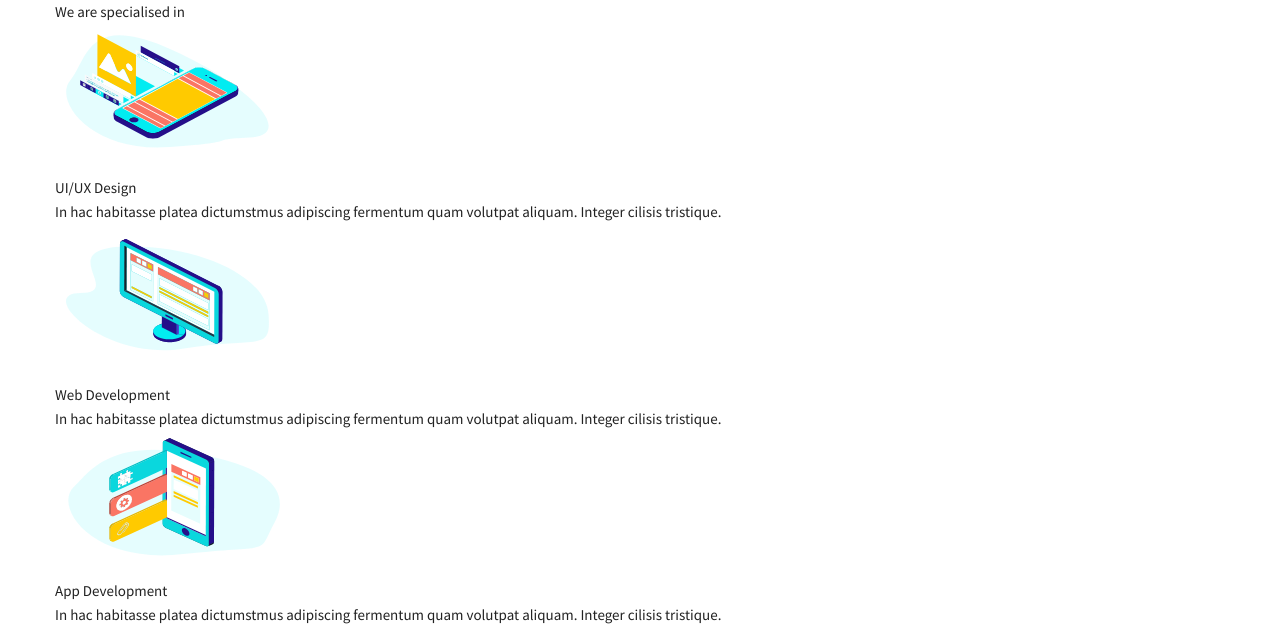
Repository: advert31337/marafon_from0to1_MartaUP
Page: index.html
The author's editor kept a copy of each file at every save. The page is drawn from the files as they stood at one save, then again after the next save.
The browser window is 1280 px wide. The pictures show the part of the page from y = 793 to 1568 px (the page is 1420 px tall before and 1568 px after).

Above is the page before, as saved 2020-03-07 20:07:52.

### index.html
<!DOCTYPE html>
<html lang="en">

<head>
    <meta charset="UTF-8">
    <meta name="viewport" content="width=device-width, initial-scale=1.0">
    <title>Marafon MartaUP</title>
    <link href="https://fonts.googleapis.com/css?family=Source+Sans+Pro:400,600,700&display=swap" rel="stylesheet">
    <link rel="stylesheet" href="css/reset.css">
    <link rel="stylesheet" href="css/slick.css">
    <link rel="stylesheet" href="css/style.css">
</head>

<body>
    <header class="header">

        <div class="container">
            <div class="header__top">

                <div class="logo">
                    <a href="#!">+
                        <img src="images/logo.svg" alt="">
                    </a>
                </div>

                <nav class="menu">
                    <ul class="menu__list">
                        <li><a class="menu__list-item" href="#">home</a></li>
                        <li><a class="menu__list-item" href="#">work</a></li>
                        <li><a class="menu__list-item" href="#">about</a></li>
                        <li><a class="menu__list-item" href="#">contact</a></li>
                    </ul>
                </nav>

                <div class="header-btn">
                    <a class="login" href="#">login</a>
                    <a class="sign-up" href="#">sign up</a>
                </div>

            </div>

            <div class="header-slider">
                <div class="header-slider__item">
                    <div class="header-slider__item-content">

                        <div class="header-slider__item-info">
                            <h3 class="header-slider__title">
                                We Build Apps & Websites
                                for Your Business
                            </h3>
                            <div class="header-slider__description">
                                For startups, For businesses & For you
                            </div>
                            <a href="" class="header-slider__btn">Request a quote</a>
                        </div>

                        <div class="header-slider__item-images">
                            <img src="images/slider-img.png" alt="">
                        </div>
                    </div>
                </div>


                <div class="header-slider__item">
                    <div class="header-slider__item-content">

                        <div class="header-slider__item-info">
                            <h3 class="header-slider__title">
                                We Build Apps & Websites
                                for Your Business
                            </h3>
                            <div class="header-slider__description">
                                For startups, For businesses & For you
                            </div>
                            <a href="" class="header-slider__btn">Request a quote</a>
                        </div>

                        <div class="header-slider__item-images">
                            <img src="images/slider-img.png" alt="">
                        </div>
                    </div>
                </div>


                <div class="header-slider__item">
                    <div class="header-slider__item-content">

                        <div class="header-slider__item-info">
                            <h3 class="header-slider__title">
                                We Build Apps & Websites
                                for Your Business
                            </h3>
                            <div class="header-slider__description">
                                For startups, For businesses & For you
                            </div>
                            <a href="" class="header-slider__btn">Request a quote</a>
                        </div>

                        <div class="header-slider__item-images">
                            <img src="images/slider-img.png" alt="">
                        </div>
                    </div>
                </div>


                <div class="header-slider__item">
                    <div class="header-slider__item-content">

                        <div class="header-slider__item-info">
                            <h3 class="header-slider__title">
                                We Build Apps & Websites
                                for Your Business
                            </h3>
                            <div class="header-slider__description">
                                For startups, For businesses & For you
                            </div>
                            <a href="" class="header-slider__btn">Request a quote</a>
                        </div>

                        <div class="header-slider__item-images">
                            <img src="images/slider-img.png" alt="">
                        </div>
                    </div>
                </div>


                <div class="header-slider__item">
                    <div class="header-slider__item-content">

                        <div class="header-slider__item-info">
                            <h3 class="header-slider__title">
                                We Build Apps & Websites
                                for Your Business
                            </h3>
                            <div class="header-slider__description">
                                For startups, For businesses & For you
                            </div>
                            <a href="" class="header-slider__btn">Request a quote</a>
                        </div>

                        <div class="header-slider__item-images">
                            <img src="images/slider-img.png" alt="">
                        </div>
                    </div>
                </div>
            </div>

        </div>

    </header>

    <section class="specialised">
        <div class="container">
            <div class="specialised__title title">
                We are specialised in
            </div>
            <div class="specialised__items">
                <div class="specialised__item">
                    <img class="specialised__item-img" src="images/specialise-1.svg" alt="">
                    <div class="specialise__item-title">
                        UI/UX Design
                    </div>
                    <div class="specialise__item-text">
                        In hac habitasse platea dictumstmus adipiscing fermentum quam volutpat aliquam. Integer cilisis tristique.
                    </div>
                </div>
                <div class="specialised__item">
                    <img class="specialised__item-img" src="images/specialise-2.svg" alt="">
                    <div class="specialise__item-title">
                        Web Development
                    </div>
                    <div class="specialise__item-text">
                        In hac habitasse platea dictumstmus adipiscing fermentum quam volutpat aliquam. Integer cilisis tristique.
                    </div>
                </div>
                <div class="specialised__item">
                    <img class="specialised__item-img" src="images/specialise-3.svg" alt="">
                    <div class="specialise__item-title">
                        App Development
                    </div>
                    <div class="specialise__item-text">
                        In hac habitasse platea dictumstmus adipiscing fermentum quam volutpat aliquam. Integer cilisis tristique.
                    </div>
                </div>
            </div>
        </div>
    </section>

    <main>

    </main>

    <footer>

    </footer>


    <script src="https://ajax.googleapis.com/ajax/libs/jquery/3.4.1/jquery.min.js"></script>
    <script src="js/slick.min.js"></script>
    <script src="js/main.js"></script>
</body>

</html>

### css/style.css
*{
    box-sizing: border-box;
}

body {
    font-family: 'Source Sans Pro', sans-serif;
    font-size: 15px;
    line-height: 24px;
}

a {
    text-decoration: none;
    color: inherit;
}
.header {
    background-image: url('../images/header-bg.jpg');
    min-height: 793px;
    background-repeat: no-repeat;
    background-size: cover;
    background-position: top center;
}

.container {
    max-width: 1200px;
    margin: 0 auto;
    padding: 0 15px 0 15px;

}

.header__top {
    display: flex;
    justify-content: space-between;
    height: 100px;
    align-items: center;
}

.menu__list {
    display: flex;
}

.menu__list li + li {
    padding-left: 50px;

}

.login {
    margin-right: 44px;
    color: #fff;
    text-transform: uppercase;
    font-weight: 600;
}

.menu__list a{
    opacity: 0.5;
    color: #fff;
    font-weight: 600;
    text-transform: uppercase;
    transition: all 0.5s;
}

.menu__list a:hover {
    opacity: 1;
}

.sign-up {
    text-transform: uppercase;
    color: #250f8a;
    font-weight: 600;
    background-color: #fff;
    padding: 8px 43px;
    border-radius: 20px;

}

.header-slider {
    padding-top: 111px;
}
.header-slider__item {

}
.header-slider__item-content {
    display: flex;
    justify-content: space-between;
}
.header-slider__item-info {
    max-width: 506px;
    color:#fff;
}
.header-slider__title {
    font-weight: 700;
    font-size: 45px;
    line-height: 60px;
    margin-bottom: 10px;
}
.header-slider__description {
    line-height: 55px;
    font-size: 24px;
    margin-bottom: 60px;
}
.header-slider__btn {
    font-weight: 600;
    text-transform: uppercase;
    color: #250F8A;
    padding: 13px 39px;
    background-color: #FFCA00;
    border-radius: 25px;
}
.header-slider__item-images {
    margin: 10px 82px 0 0;
}

.header-dots{
    list-style: none;
    position: absolute;
    right: 0;
    top: 50%;
}

.header-dots button {
    border: none;
    background-color: #fff;
    opacity: 0.5;
    font-size: 0;
    padding: 0;
    width: 7px;
    height: 7px;
    border-radius: 3.5px;
    cursor: pointer;
    outline: none;
    margin: 10px auto;
    display: block;
}

.header-dots .slick-active button{
    width: 15px;
    opacity: 1;
}

### js/main.js
$(function(){
    $('.header-slider').slick({
        arrows: false,
        vertical: true,
        dots: true,
        dotsClass: 'header-dots',
        autoplay: 2000,

    })
})

Loaded but not shown: css/reset.css (common file); css/slick.css (common file); js/slick.min.js (library)

After the next save:
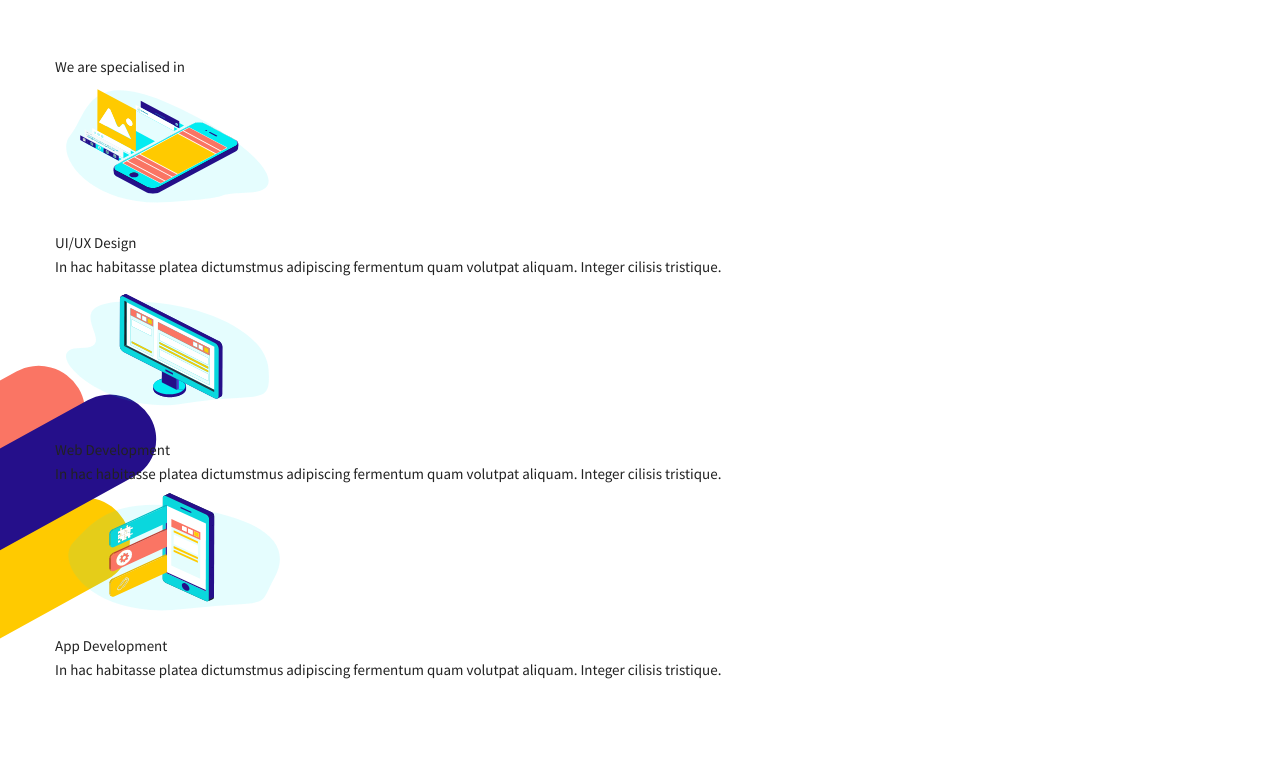
Saved 32 min 13 s later.
--- a/css/style.css
+++ b/css/style.css
@@ -135,3 +135,27 @@ a {
     width: 15px;
     opacity: 1;
 }
+
+.specialised{
+    padding: 55px 0 93px;
+    background-image: url(../images/special-bg.svg);
+    background-position: left bottom;
+    background-repeat: no-repeat;
+
+}
+
+.specialised__title {
+}
+.title {
+}
+
+.specialised__items {
+}
+.specialised__item {
+}
+.specialised__item-img {
+}
+.specialise__item-title {
+}
+.specialise__item-text {
+}
